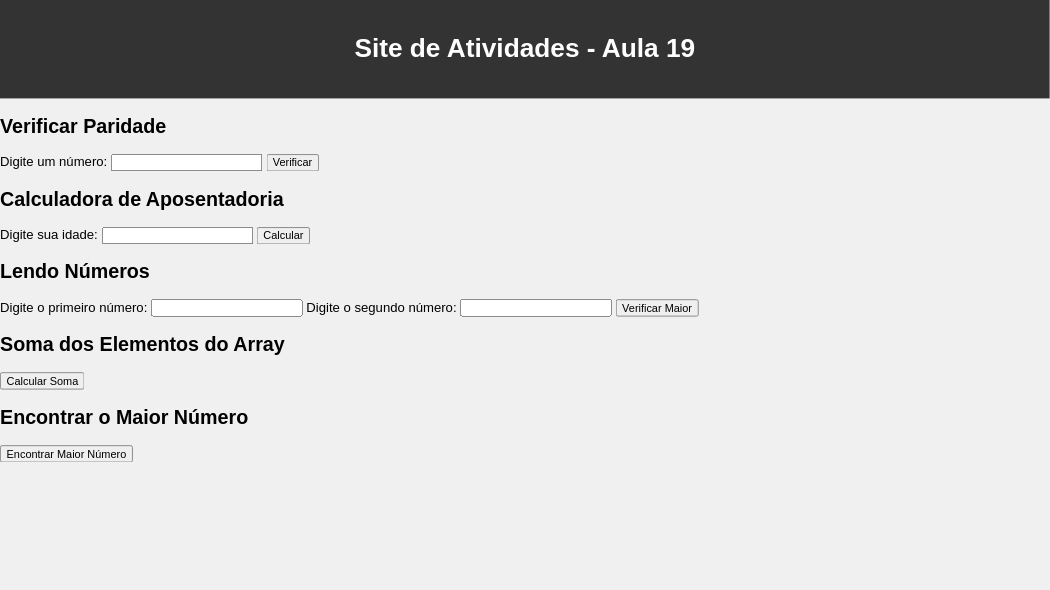
Repository: Gabrielb0rn/Java-script.io
Page: 19aula 1208/index.html
An editor plug-in stored every save of this project. The page is shown before and after the next save, followed by the edit.
The browser window is 1280 px wide. The pictures show the whole page, at 82% of full size.

Above is the page before, as saved 2024-08-12 08:42:26.

After the next save:
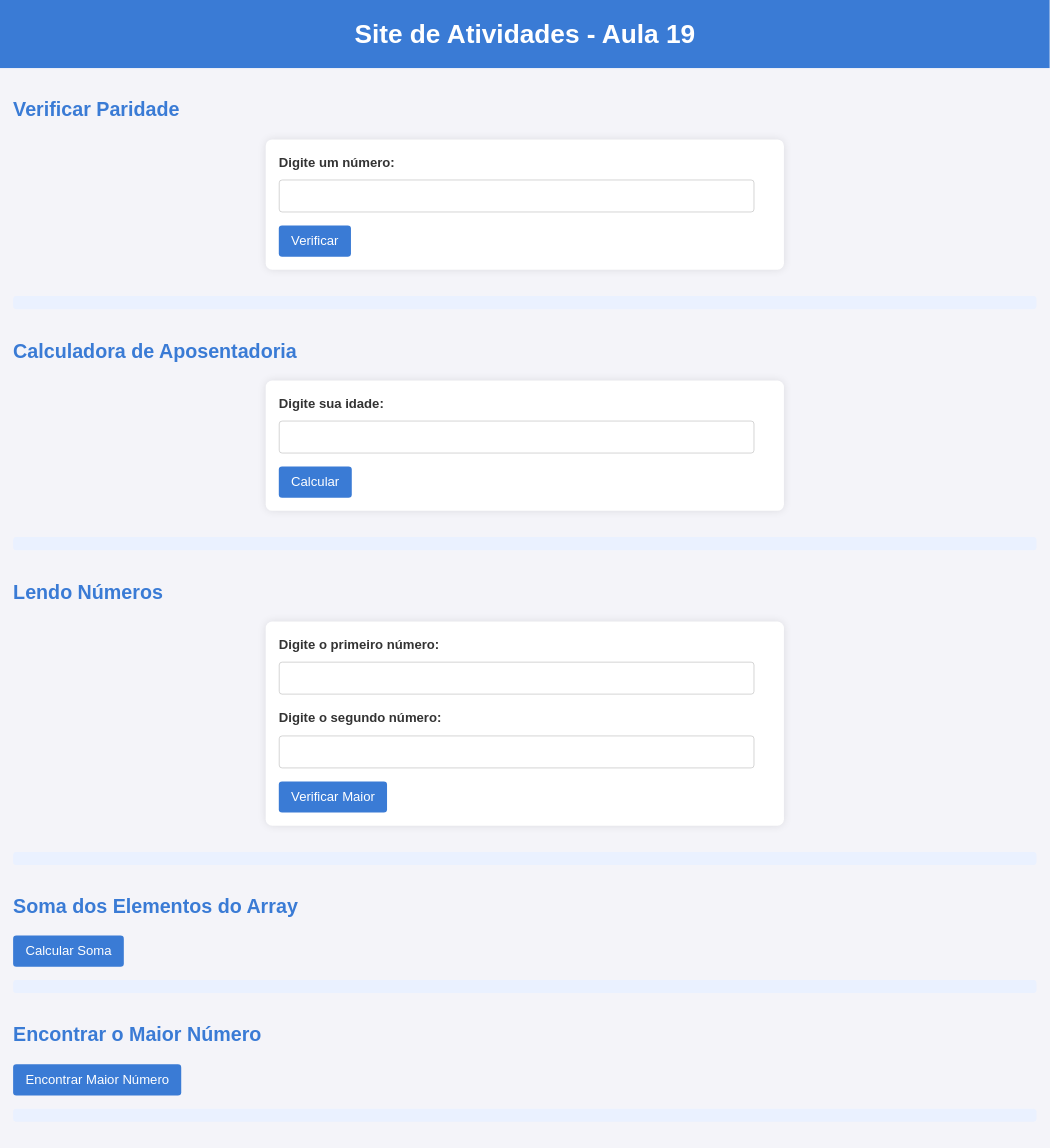
Saved 2 min 2 s later.
--- a/19aula 1208/assets/style.css
+++ b/19aula 1208/assets/style.css
@@ -1,13 +1,91 @@
+/* Estilo geral */
 body {
-    background-color: #f0f0f0;
     font-family: Arial, sans-serif;
+    line-height: 1.6;
     margin: 0;
     padding: 0;
+    background-color: #f4f4f9;
+    color: #333;
 }
 
 header {
-    background-color: #333;
-    color: #fff;
-    padding: 20px;
+    background-color: #3a7bd5;
+    color: white;
+    text-align: center;
+    padding: 1rem 0;
+    margin-bottom: 2rem;
+}
+
+h1 {
+    margin: 0;
+    font-size: 2rem;
+}
+
+h2 {
+    color: #3a7bd5;
+    font-size: 1.5rem;
+    margin-bottom: 1rem;
+}
+
+.container {
+    max-width: 600px;
+    margin: 0 auto 2rem;
+    padding: 1rem;
+    background-color: white;
+    border-radius: 8px;
+    box-shadow: 0 0 10px rgba(0, 0, 0, 0.1);
+}
+
+label {
+    display: block;
+    margin-bottom: 0.5rem;
+    font-weight: bold;
+}
+
+input[type="number"] {
+    width: calc(100% - 20px);
+    padding: 10px;
+    margin-bottom: 1rem;
+    border: 1px solid #ccc;
+    border-radius: 4px;
+    box-sizing: border-box;
+    font-size: 1rem;
+}
+
+button {
+    background-color: #3a7bd5;
+    color: white;
+    padding: 10px 15px;
+    border: none;
+    border-radius: 4px;
+    font-size: 1rem;
+    cursor: pointer;
+    transition: background-color 0.3s ease, transform 0.2s ease;
+}
+
+button:hover {
+    background-color: #356abc;
+}
+
+button:active {
+    transform: translateY(2px);
+}
+
+p {
+    background-color: #eaf1ff;
+    padding: 0.5rem;
+    border-radius: 4px;
+    font-weight: bold;
     text-align: center;
 }
+
+section {
+    padding: 0 1rem;
+    margin-bottom: 2rem;
+}
+
+@media (min-width: 768px) {
+    .container {
+        width: 100%;
+    }
+}
